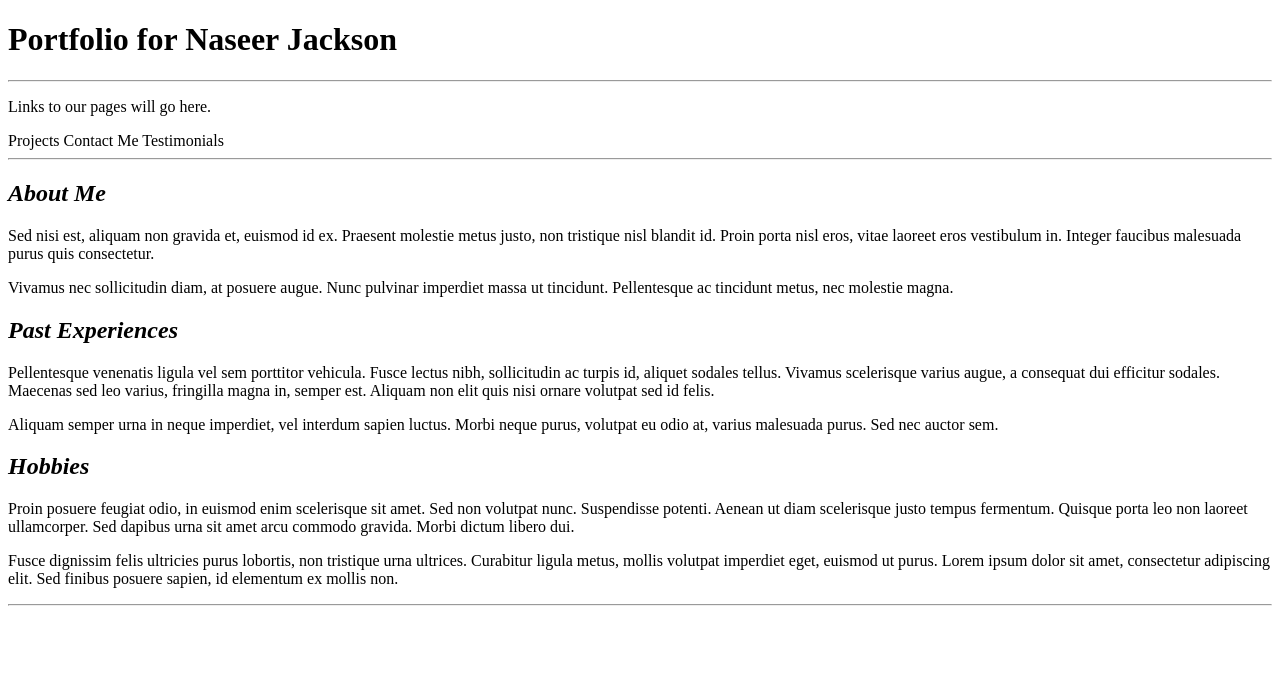
Repository: nj10deadend/Mthree-Intro-to-WebDev
Page: classwork/portfolio/index.html
An editor plug-in stored every save of this project. The page is shown before and after the next save, followed by the edit.
The browser window is 1280 px wide. The pictures show the whole page.

Above is the page before, as saved 2021-11-30 15:37:13.

After the next save:
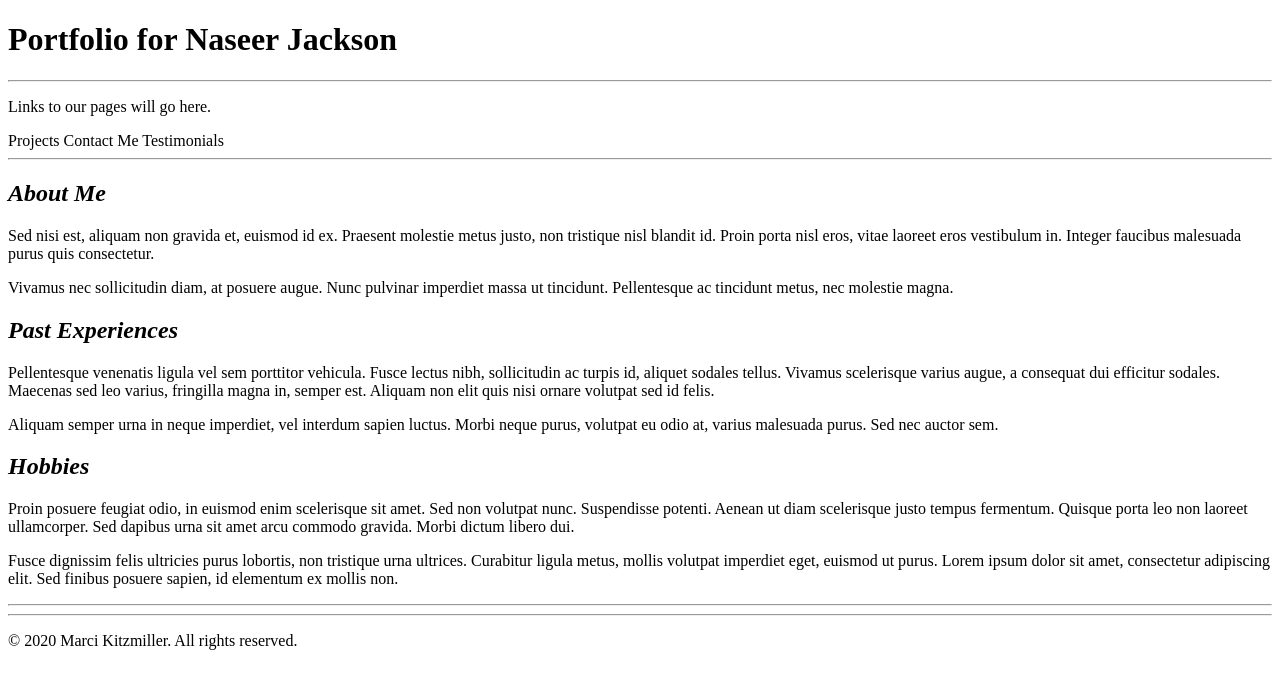
Saved 3 min 54 s later.
--- a/classwork/portfolio/index.html
+++ b/classwork/portfolio/index.html
@@ -44,6 +44,10 @@
     <p>Fusce dignissim felis ultricies purus lobortis, non tristique urna ultrices. Curabitur ligula metus, mollis volutpat imperdiet eget, euismod ut purus. Lorem ipsum dolor sit amet, consectetur adipiscing elit. Sed finibus posuere sapien, id elementum ex mollis non.</p>
 
     <hr>
+    <footer>
+        <hr>
+        <p>&copy; 2020 Marci Kitzmiller. All rights reserved.</p>
+    </footer>
 
 
 </body>
